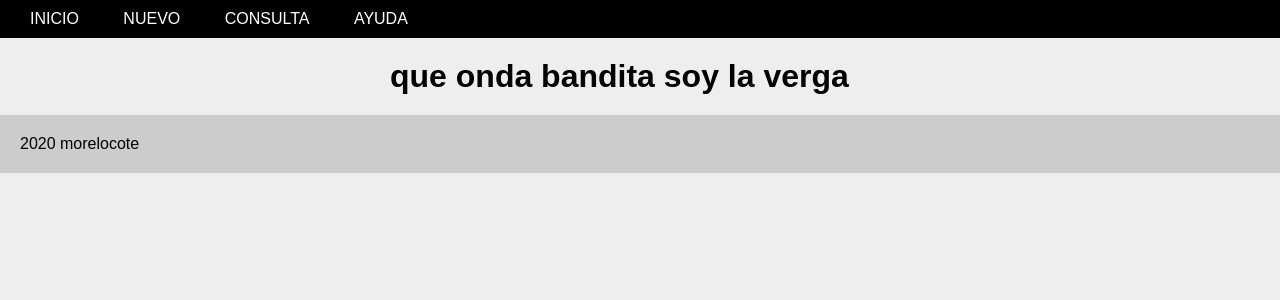
Repository: edgarhdzp/crud-php-poo-mvc-ajax
Page: http://localhost/poomvc/main
The author's editor kept a copy of each file at every save. The page is drawn from the files as they stood at one save, then again after a run of saves.
The browser window is 1280 px wide. The pictures show the whole page.
The page is run by PHP 8.4 with error messages shown; the project is at /var/www/html/.

Above is the page before, as saved 2020-06-23 12:42:43.

### index.php
<?php

require_once 'libs/controller.php';
require_once 'libs/model.php';
require_once 'libs/view.php';
require_once 'libs/app.php';
require_once 'libs/database.php';
require_once 'config/config.php';

$new = new App();

?>

### libs/controller.php
<?php
//clase padre
class Controller{
    function __construct(){
        //indicamos que se cree una nueva vista para un controlador
        $this->view = new View();

    }

    function loalModel($model){
        $url = 'models/'.$model.'model.php';
    }
}

?>

### libs/model.php
<?php

class Model{
    function __construct(){
        $this->db = new Database;

    }
}

?>

### libs/view.php
<?php
//vista madre
class View{
    function __construct(){
    }
    //esta funcion hace el redireccionamiento
    function render($nombre){
        //indicamos la ubicacion y nombre del archivo
        require 'views/' . $nombre . '.php';
    }
}

?>

### libs/app.php
<?php

//archivo de error
require_once 'controllers/error.php';

class App{
    function __construct(){
        //la varible urlsera igual a la url que declaramos en htaccess y en acces es todo el valor que ingrese
        $url = $_GET['url'];
        //aqui con xtrim retiramos los / que no necesitamos en la url
        $url = rtrim($url, '/');
        //buscamos nuestro separador / esto nos devuelve un arreglo
        $url = explode('/', $url);
        //validamos si despues denuestro primer / no hay nada entonces que nos redireccione a main
        if(empty($url[0])){
            $archivoController = 'controllers/main.php';
            require_once $archivoController;
            $controller = new Main();
            return false;
        }
        //declaramos nuestra variable que sera igual a la ubicacion de controlador y url es igual a la clase
        $archivoController = 'controllers/' . $url[0] . '.php';
        //verificmos que el archivo exista
        if(file_exists($archivoController)){
            require_once $archivoController;
            //mandamos llamar nuestra clase que de acuerdo al arreglo sera la posicion 0
            $controller = new $url[0];
            //ahora validamos si nuestra clase viene con algun metodo
            if(isset($url[1])){
                //aqui mandamos llamar dicho metodo el texto que se ingrese manda a llamar dicho metodo
                $controller->{$url[1]}();
            }
            }else{
                $controller = new Fail();
                //si no existe se ejecutara el controlador error
            }
        }
    }

?>

### controllers/error.php
<?php

class Fail extends Controller{
    function __construct(){
        parent::__construct();
        $this->view->mensaje ="valio verga no estas viendo";
        $this->view->render('error/index');
    }
}

?>

### libs/database.php
<?php

class Database{
    private $host;
    private $db;
    private $user;
    private $password;
    private $charset;

    public function __construct(){
        $this->host = constant('HOST');
        $this->db = constant('DB');
        $this->user = constant('USER');
        $this->password = constant('PASSWORD');
        $this->charset = constant('CHARSET');

    }
    function connect(){
        try{
            $conexion = "mysql:host=" . $this->host . ";dbname=" . $this->db . ";charset=" . $this->charset ;
            $options = [
                PDO::ATTR_ERRMODE  => PDO::ERRMODE_EXCEPTION,
                PDO::ATTR_EMULATE_PREPARES => false,
            ];
            $pdo = new PDO ($conexion, $this->user, $this->password, $options);
            return $pdo;
        }catch(PDOException $e){
            print_r('error no se conecto loco: ' . $e->getMessage());
        }
    }
}

?>

### config/config.php
<?php

define('URL', 'http://localhost:8888/poomvc/');

define('HOST','localhost');
define('DB','');
define('USER','root');
define('PASSWORD','root');
define('CHARSET','utf8mb4');


?>

### controllers/main.php
<?php

class Main extends Controller{

    function __construct(){
        parent::__construct();
        $this->view->render('main/index');
        // echo '<p>nuevo controlador main </p>';
    }
    function saludo(){
        echo 'que pedo puto';
    }
}

?>

### views/main/index.php
<!DOCTYPE html>
<html lang="en">
<head>
    <meta charset="UTF-8">
    <meta name="viewport" content="width=device-width, initial-scale=1.0">
    <title>Document</title>
</head>
<body>

<?php require 'views/header.php'; ?>

<div id="main">
<h1>que onda bandita soy la verga</h1>
</div>

<?php require 'views/footer.php'; ?>

</body>
</html>

### views/header.php
<!DOCTYPE html>
<html lang="en">
<head>
    <meta charset="UTF-8">
    <meta name="viewport" content="width=device-width, initial-scale=1.0">
    <link rel="stylesheet" href="<?php echo constant('URL');?>public/css/style.css">
    <title></title>
</head>
<body>
    <div id="header">
    <ul>
    <li><a href="<?php echo constant('URL');?>main">INICIO</a></li>
    <li><a href="<?php echo constant('URL');?>nuevo">NUEVO</a></li>
    <li><a href="<?php echo constant('URL');?>consulta">CONSULTA</a></li>
    <li><a href="<?php echo constant('URL');?>ayuda">AYUDA</a></li>
    </ul>
    </div>
</body>
</html>

### views/footer.php
<div id="footer">
2020 morelocote
</div>

### public/css/style.css
* {
    margin: 0;
    padding: 0;
}

body {
    font-family: Arial, Helvetica, sans-serif;
    background-color: #eee;
}

#header {
    background-color: black;
    padding: 10px;
}

#header ul li {
    list-style: none;
    display: inline;
    padding: 10px;
}

#header ul li a {
    color: white;
    text-decoration: none;
    padding: 10px;
}

#footer {
    background-color: #ccc;
    padding: 20px;
}

#main {
    padding: 20px 0;
    width: 500px;
    margin: 0 auto;
}

After the next 4 saves:
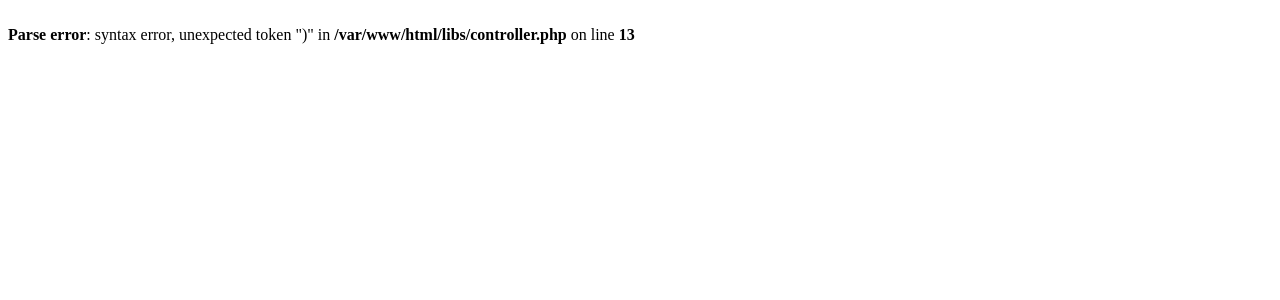
The 4 saves are shown as one change because they came seconds apart.
The last was saved 2 min 42 s later.
--- a/libs/controller.php
+++ b/libs/controller.php
@@ -9,6 +9,8 @@
 
     function loalModel($model){
         $url = 'models/'.$model.'model.php';
+
+        if(){}
     }
 }
 

After the 4 saves that followed:
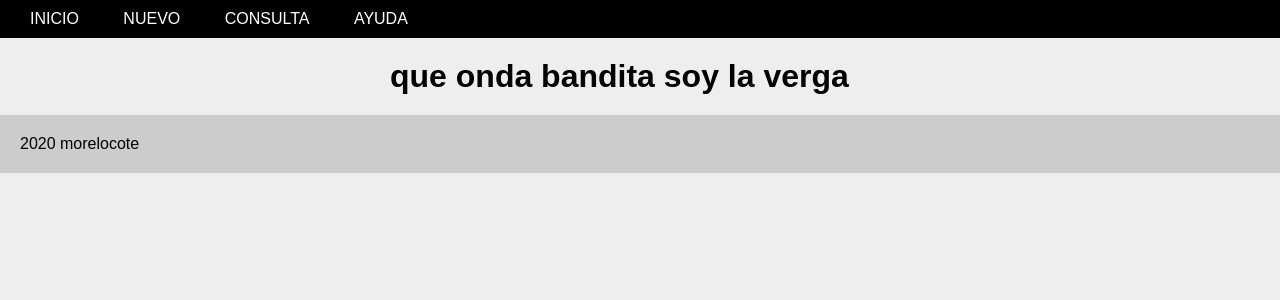
The 4 saves are shown as one change because they came seconds apart.
The last was saved 52 s later.
--- a/libs/controller.php
+++ b/libs/controller.php
@@ -10,7 +10,7 @@
     function loalModel($model){
         $url = 'models/'.$model.'model.php';
 
-        if(){}
+        if(file_exists($url)){}
     }
 }
 
